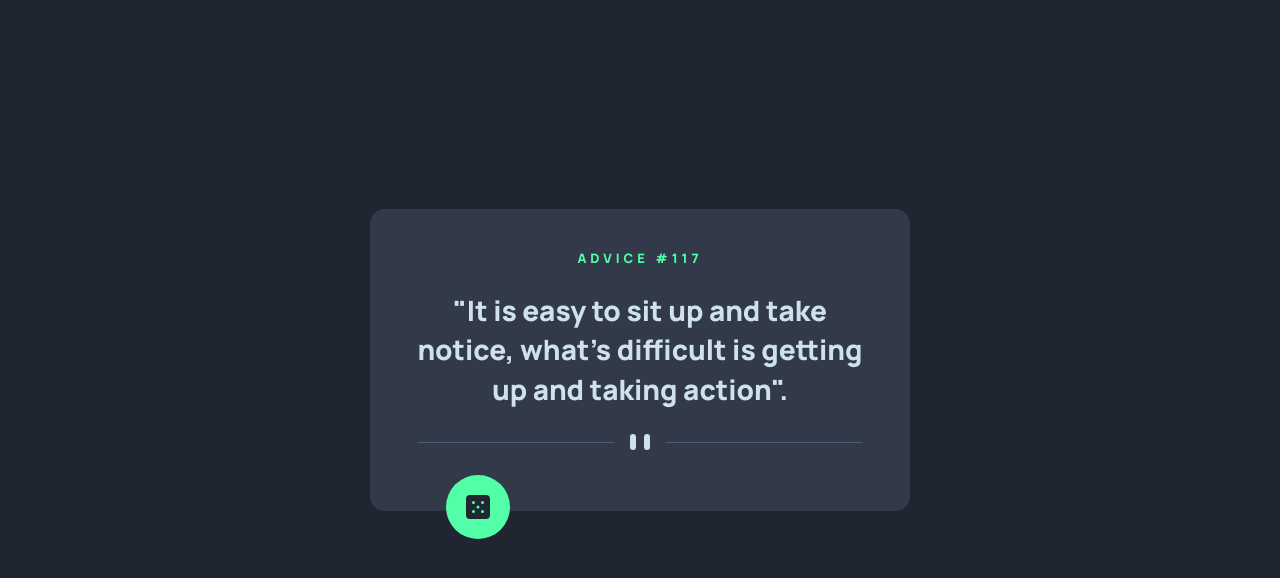
Repository: Daki-builds/advice-generator-app
Page: index.html
The author's editor kept a copy of each file at every save. The page is drawn from the files as they stood at one save, then again after the next save.
The browser window is 1280 px wide. The pictures show the whole page.

Above is the page before, as saved 2026-10-08 19:41:28.

After the next save:
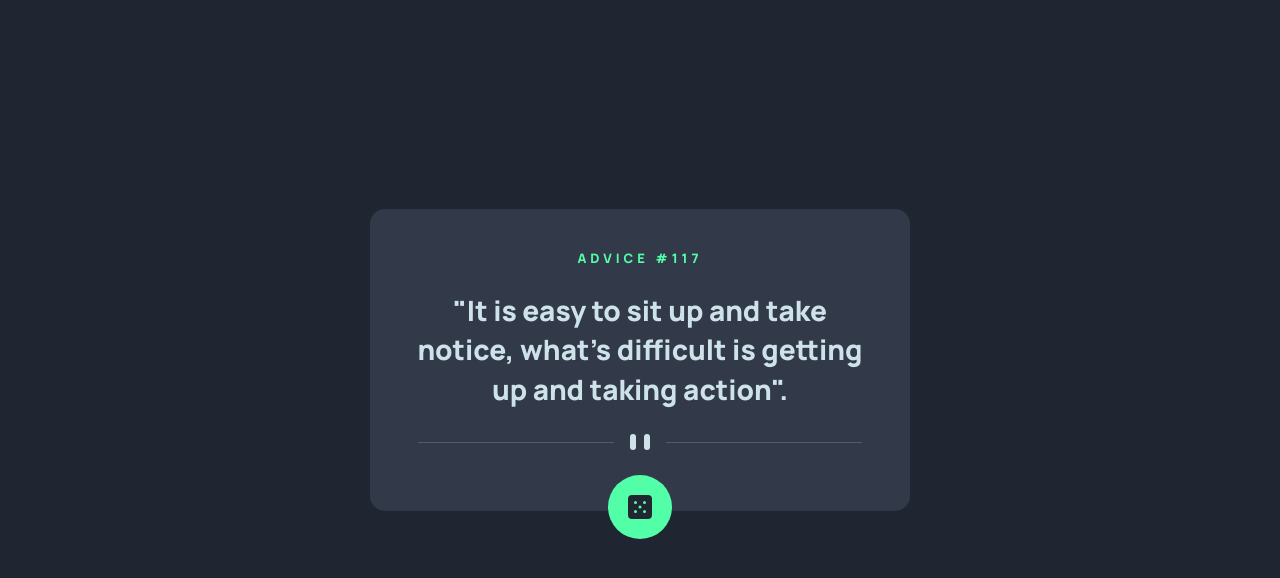
Saved 6 min 36 s later.
--- a/style.css
+++ b/style.css
@@ -63,7 +63,7 @@ p {
 button {
   position: absolute;
   bottom: -28px;
-  left: 20%;
+  left: 50%;
   transform: translateX(-50%);
 
   display: flex;
